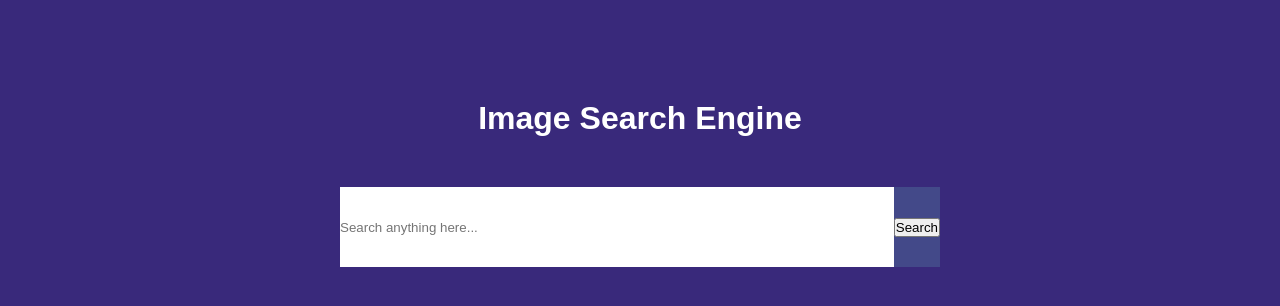
Repository: AbdullahOwais-Dev/Image-Search-App
Page: index.html
These files come from the project's save history. The page is drawn as it stood at one moment and after the next save; the edit follows.
The browser window is 1280 px wide. The pictures show the whole page.

Above is the page before, as saved 2025-02-09 00:15:16.

After the next save:
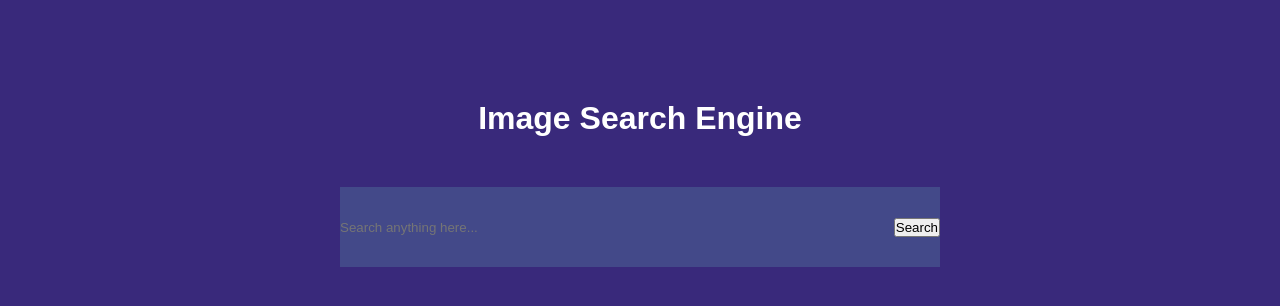
Saved 4 s later.
--- a/style.css
+++ b/style.css
@@ -27,5 +27,6 @@
     height: 100%;
     border: 0;
     outline: 0;
-    b
+    background: transparent;
+
 }
